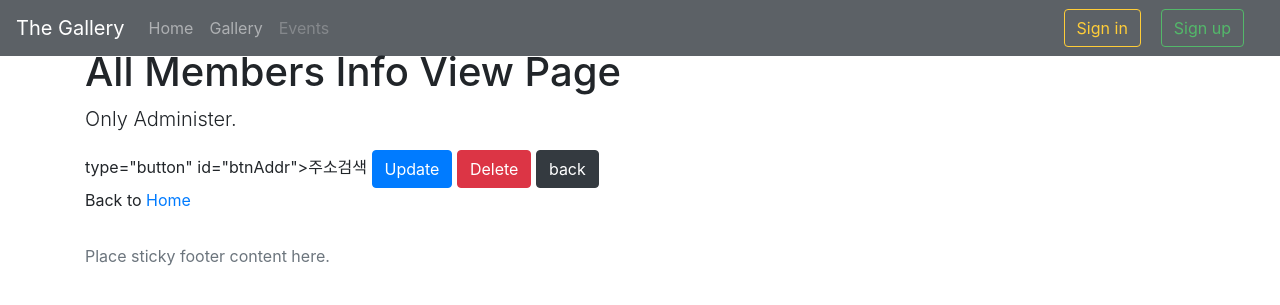
Repository: caramelsyrup/SpringProject1
Page: http://localhost/gallery/WEB-INF/views/member/allmember.jsp
The author's editor kept a copy of each file at every save. The page is drawn from the files as they stood at one save, then again after the next save.
The browser window is 1280 px wide. The pictures show the whole page.
The page is served by Tomcat 9. Nobody is signed in. The template is opened directly, without the code that normally fills it, so the values that code supplies are empty.

Above is the page before, as saved 2020-11-22 14:37:34.

After the next save:
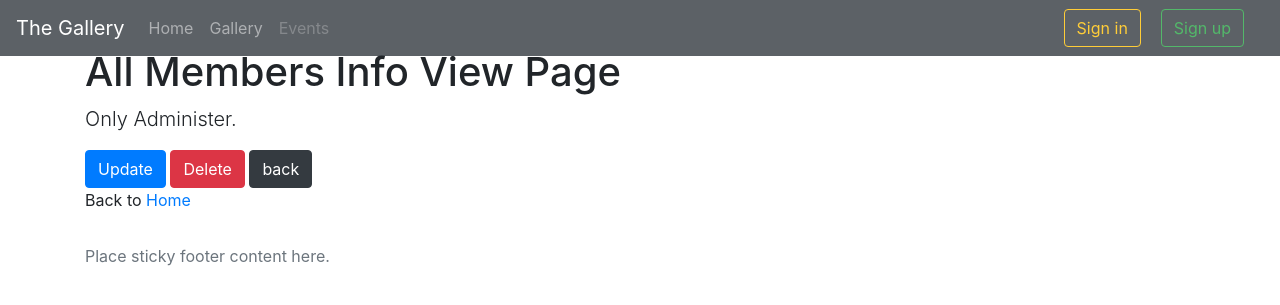
Saved 22 s later.
--- a/gallery/src/main/webapp/WEB-INF/views/member/allmember.jsp
+++ b/gallery/src/main/webapp/WEB-INF/views/member/allmember.jsp
@@ -12,7 +12,6 @@
   <div class="container" >
     <h1 class="mt-5">All Members Info View Page</h1>
     <p class="lead">Only Administer.</p>
-		type="button" id="btnAddr">주소검색</button>
 
 				<input class="btn btn-primary" type="button" id="btndoUpdate" value="Update">
 				<input class="btn btn-danger" type="button" id="btndoDelete" value="Delete">
